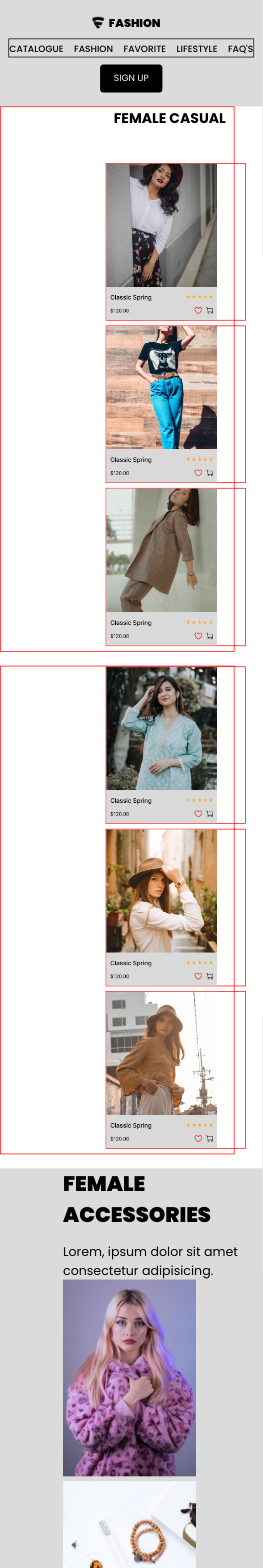
Repository: isaacCodes1/My-Project
Page: lifestyle.html
The author's editor kept a copy of each file at every save. The page is drawn from the files as they stood at one save, then again after a run of saves.
The browser window is 375 px wide. The pictures show the part of the page from y = 0 to 2240 px (the page is 3556 px tall before and 3895 px after), at 70% of full size.

Above is the page before, as saved 2024-03-21 18:31:51.

After the next 3 saves:
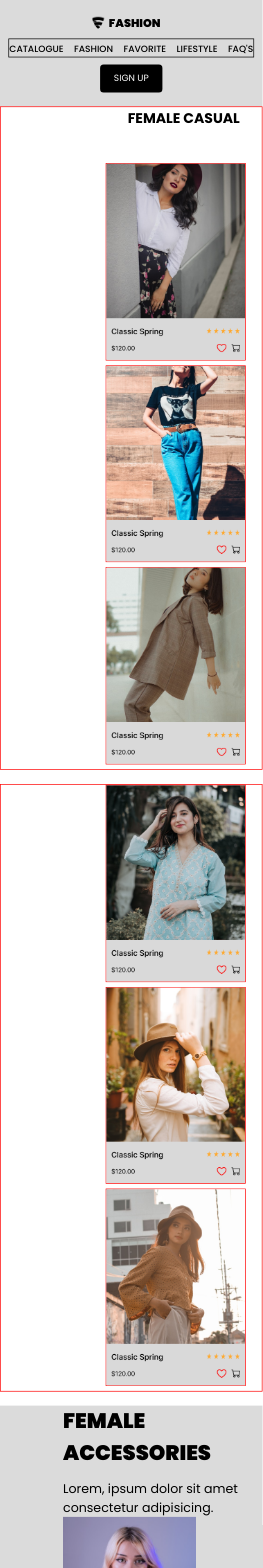
The 3 saves are shown as one change because they came seconds apart.
The last was saved 21 s later.
--- a/Media query.css
+++ b/Media query.css
@@ -155,8 +155,6 @@
   .faetured {
     align-items: center;
     border: 1px solid red;
-
-    margin-right: 40px;
   }
   .featuredTxt h1 {
     font-size: 20px;
@@ -165,6 +163,5 @@
   .featuredImg img {
     width: 200px;
     border: 1px solid red;
-    padding-right: 40px;
   }
 }
